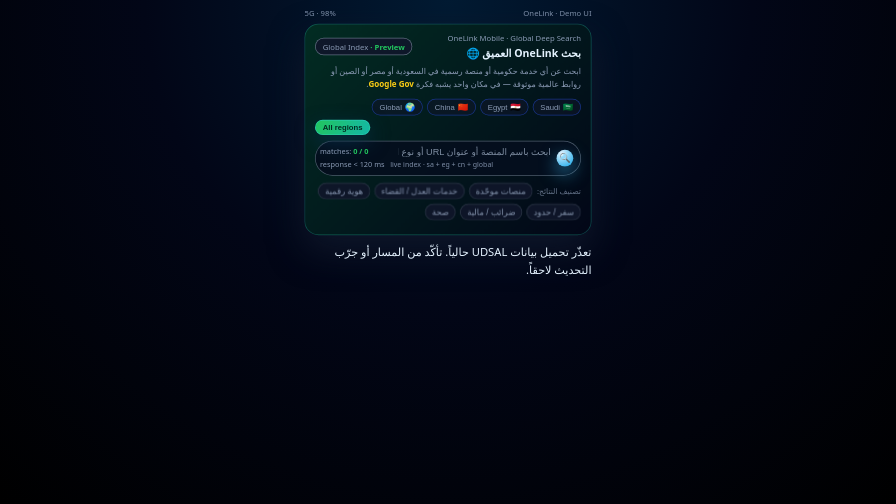
Repository: seesafar/GovLinksApp
Page: docs/app-ui/app-deep-search.html
The author's editor kept a copy of each file at every save. The page is drawn from the files as they stood at one save, then again after a run of saves.
The browser window is 1280 px wide. The pictures show the part of the page from y = 0 to 1920 px (the page is 720 px tall before and 25750 px after), at 70% of full size.

Above is the page before, as saved 2025-12-04 09:37:00.

After the next 2 saves:
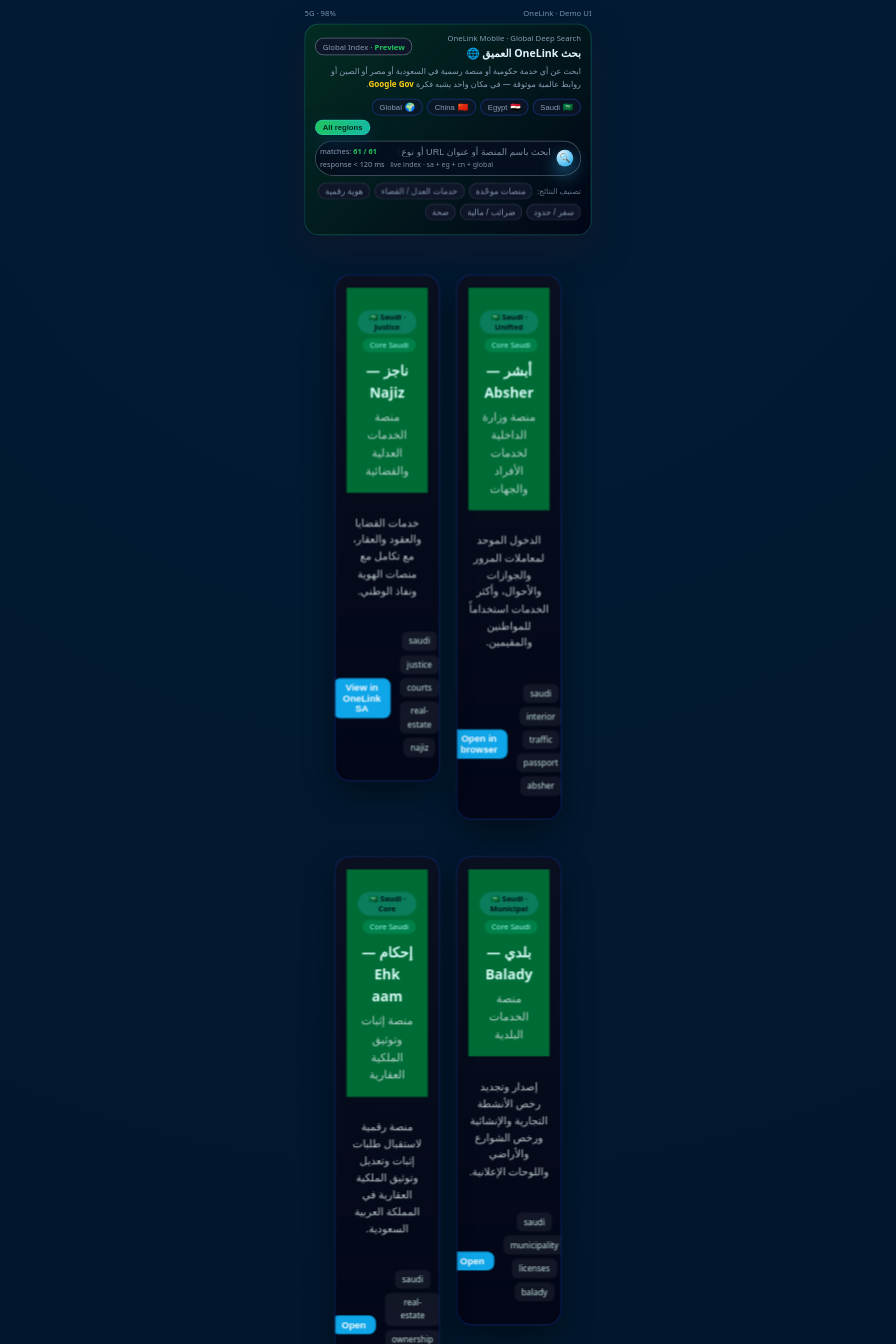
The 2 saves are shown as one change because they came seconds apart.
The last was saved 6 s later.
--- a/core/i18n/js/deep-search-engine.js
+++ b/core/i18n/js/deep-search-engine.js
@@ -4,7 +4,7 @@
 
 (function () {
   // 📂 مسار ملف JSON (من صفحة docs/app-ui/app-deep-search.html)
-
+ const SERVICES_JSON_URL = "/GovLinksApp/core/i18n/data/services-data.json";
 
   // 🧠 حالة البحث
   const state = {

After the save that followed:
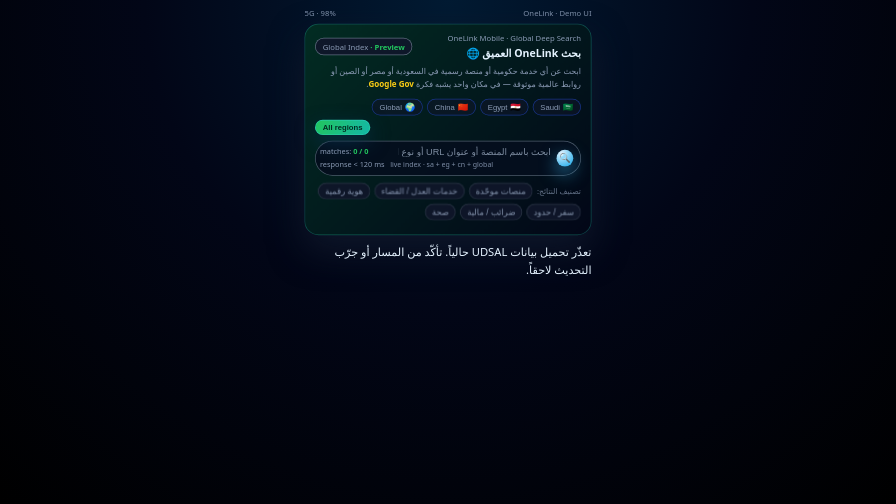
Saved 2 min 45 s later.
--- a/core/i18n/js/deep-search-engine.js
+++ b/core/i18n/js/deep-search-engine.js
@@ -4,7 +4,7 @@
 
 (function () {
   // 📂 مسار ملف JSON (من صفحة docs/app-ui/app-deep-search.html)
- const SERVICES_JSON_URL = "/GovLinksApp/core/i18n/data/services-data.json";
+
 
   // 🧠 حالة البحث
   const state = {
